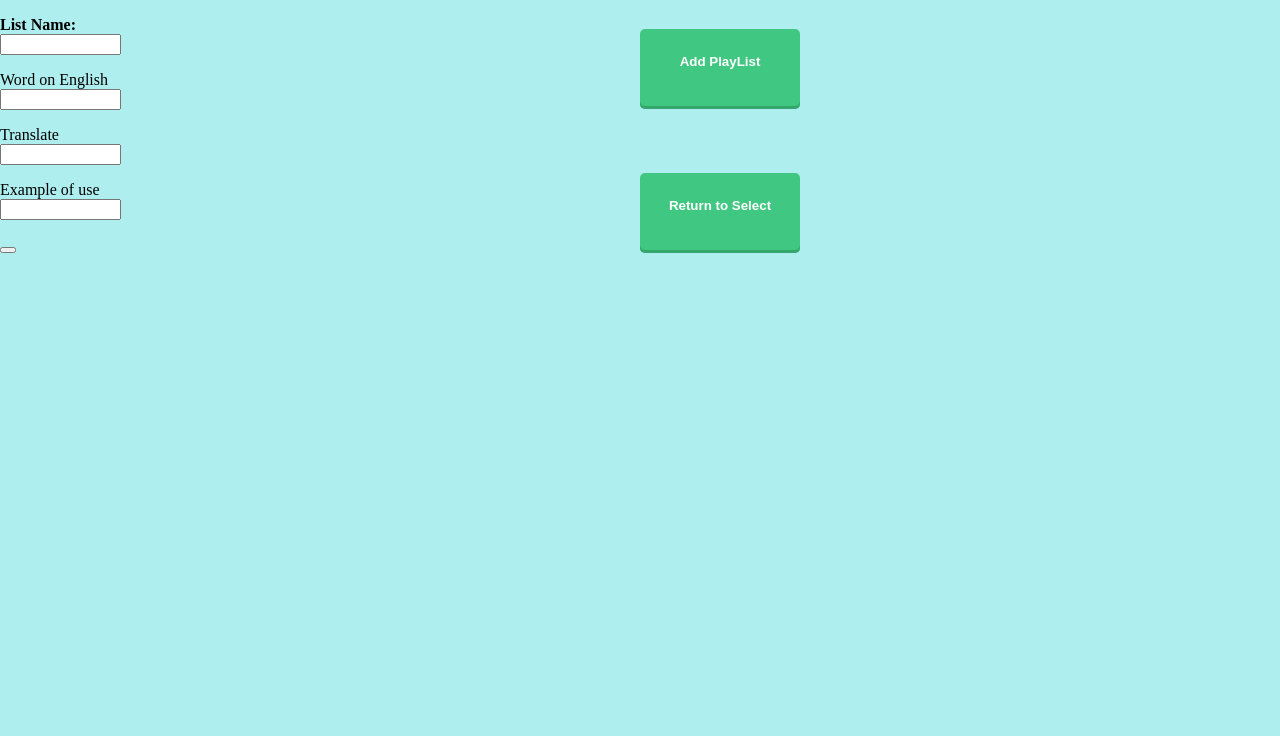
Repository: Artem-Brunov/msu_prac
Page: workspace/BasicUI/NewWithBonus.html
An editor plug-in stored every save of this project. The page is shown before and after the next save, followed by the edit.
The browser window is 1280 px wide. The pictures show the whole page.

Above is the page before, as saved 2017-11-20 01:55:15.

### workspace/BasicUI/NewWithBonus.html
<!DOCTYPE html>
<html>
<head>
  <meta charset="utf-8" />
    <meta name="viewport" content="width=device-width, initial-scale=1.0, maximum-scale=1.0">
    <meta name="description" content="Tizen Mobile Web Basic Template" />

    <title>Tizen Mobile Web Basic Application</title>
    <link rel="stylesheet" type="text/css" href="css/NewPlaylist.css" />
    <link rel="stylesheet" type="text/css" href="css/style.css" />
</head>
<body>
	<form name="test" method="post" action="input1.php">
  		<p><b>List Name:</b><br>
   			<input type="text" size="12" id = "ListName">
  		</p>

  		<p>Word on English<br>
  			 <input type="text" size="12" id = "ENGWords">
  		</p>
  		<p>Translate<br>
  			 <input type="text" size="12" id = "Translate">
  		</p>
  		<p>Example of use<br>
  			 <input type="text" size="12" id = "Bonus">
  		</p>
  		<p><button type="submit" value="Add to playlist">

 	</form>

	<div class = "Return">
		<a href = "index.html" class = "first_button">Return to Select</a>
	</div>
	<div class = "Add">
		<a href = "" class = "first_button">Add PlayList</a>
	</div>
</body>
</html>

### workspace/BasicUI/css/NewPlaylist.css
.Return {
	position: absolute;
  	top: 24%;
  	left:50%;

}
.Add {
	position: absolute;
  	top: 4%;
  	left: 50%;
}
.BBack{
	position: absolute;
  	top: 80%;
  	left: 10%;
}

### workspace/BasicUI/css/style.css
html,
body {
    width: 100%;
    height: 100%;
    margin: 0 auto;
    padding: 0;
    background: PaleTurquoise;
 }
 .titl{

 	position: absolute;
 	left: 25.5%;
 	top: 10%;
 	color: Gray;
 }
 a.first_button {

	display: block;
	width: 160px;
	height: 80px;
  	line-height: 5em;
	border-radius: 5px;
 	background: rgb(64,199,129);
	box-shadow: 0 -3px rgb(53,167,110) inset;
	font-weight: 900;
  	color: white;
  	text-align: center;
  	text-decoration: none;
  	transition: 0.2s;
}
a.first_button:hover { background: rgb(53, 167, 110); }
a.first_button:active {
  background: rgb(33,147,90);
  box-shadow: 0 3px rgb(33,147,90) inset;
}
.New {
	position: absolute;
  	top: 47%;
  	left: 28%;

}
.Select {
	position: absolute;
  	top: 64%;
  	left: 28%;

}
.FastPlay {
	position: absolute;
  	top: 30%;
  	left: 28%;

}

a.back {

	display: block;
	width: 40px;
	height: 20px;
  	line-height: 5em;
	border-radius: 5px;
 	background: rgb(64,199,129);
	box-shadow: 0 -3px rgb(53,167,110) inset;
	font-weight: 900;
  	color: white;
  	text-align: center;
  	text-decoration: none;
  	transition: 0.2s;
}
a.back { background: rgb(53, 167, 110); }
a.back:active {
  background: rgb(33,147,90);
  box-shadow: 0 3px rgb(33,147,90) inset;
}

After the next save:
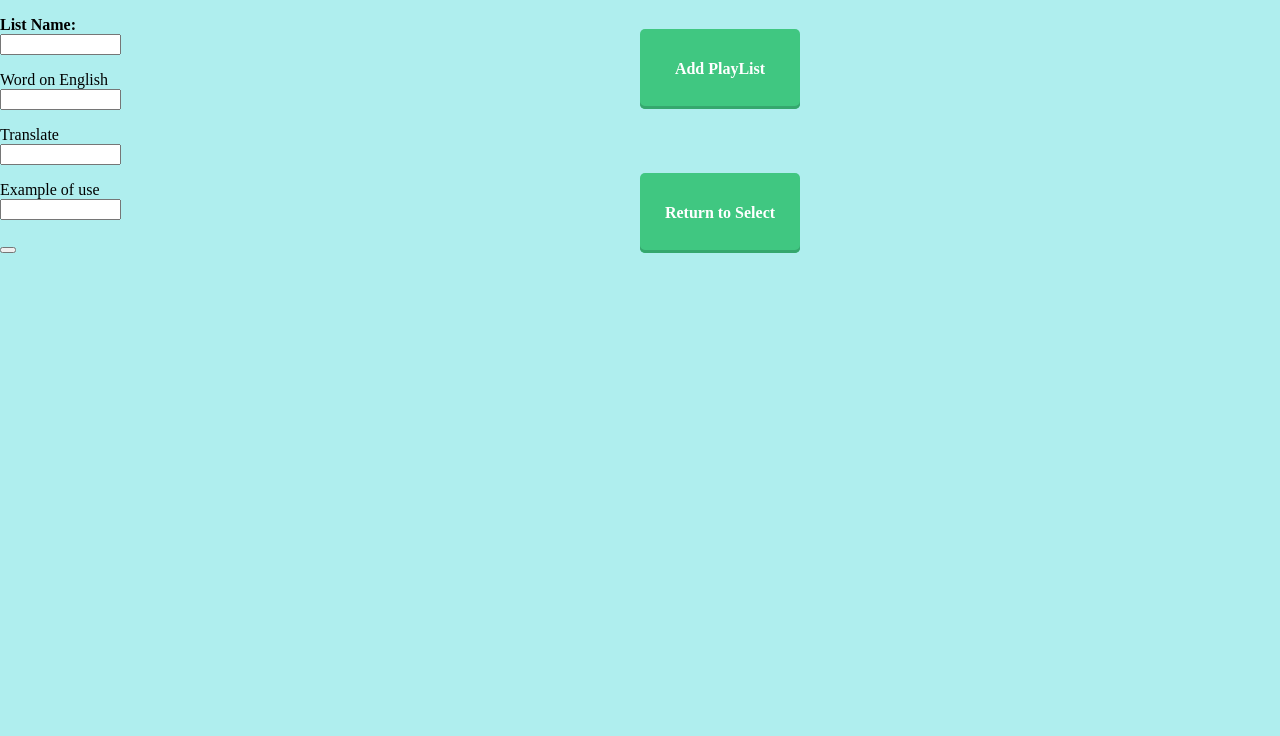
Saved 87 s later.
--- a/workspace/BasicUI/NewWithBonus.html
+++ b/workspace/BasicUI/NewWithBonus.html
@@ -25,6 +25,7 @@
   			 <input type="text" size="12" id = "Bonus">
   		</p>
   		<p><button type="submit" value="Add to playlist">
+  		</button>
 
  	</form>
 
